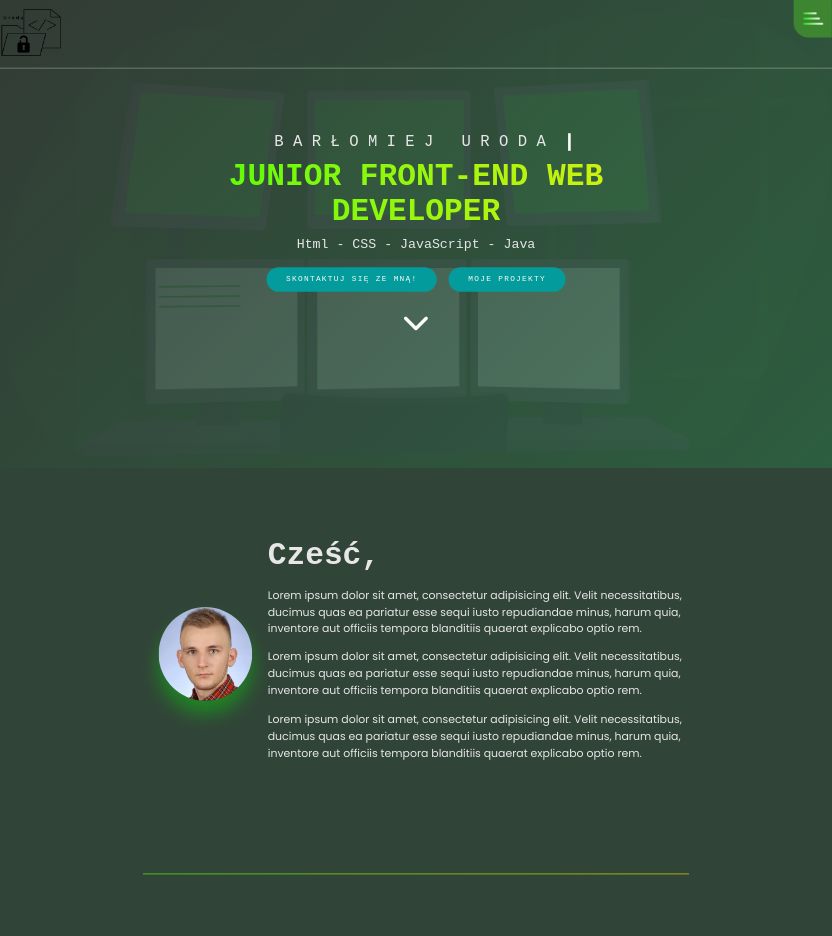
Repository: BartekUroda/portfolio
Page: index.html
The author's editor kept a copy of each file at every save. The page is drawn from the files as they stood at one save, then again after the next save.
The browser window is 1280 px wide. The pictures show the whole page, at 65% of full size.
Some web fonts or font styles are not loaded; a fallback is used. Some web libraries are served in a nearby version.

Above is the page before, as saved 2020-10-27 19:49:05.

### index.html
<!DOCTYPE html>
<html lang="en">
<head>
    <meta charset="UTF-8">
    <meta name="viewport" content="width=device-width, initial-scale=1.0">
    <title>Portfolio | Bartek Uroda</title>
    <link rel="stylesheet" type="text/css" href="css/style.css">
    <link href="https://fonts.googleapis.com/css2?family=Poppins&sfamily=Share+Tech+Mono&display=swap" rel="stylesheet">
    <script src="https://kit.fontawesome.com/056e5c10dc.js" crossorigin="anonymous"></script>
    <link rel="shortcut icon" type="image/x-icon" href="images/favicon.ico" />
</head>
<body>
    <header>
        <div class="container">
            <nav>
                <div class="nav-brand">
                    <a href="index.html">
                        <img src="images/logo.png" alt="Uroda">
                    </a>
                </div>
                <div class="burger-menu-icon">
                    <div class="line1"></div>
                    <div class="line2"></div>
                    <div class="line3"></div>
                </div>
                <ul class="nav-list">
                    <li class="nav-item">
                      <a href="#landing-page">
                        <img
                          src="images/profile.jpeg"
                          alt="Bartek Uroda"
                          class="profile-pic nav-link"
                        >
                        <span class="caption nav-link">Bartek Uroda</span>
                      </a>
                    </li>
                    <li class="nav-item">
                      <a href="#about" class="nav-link">O mnie</a>
                    </li>
                    <li class="nav-item">
                      <a href="#services" class="nav-link">Usługi</a>
                    </li>
                    <li class="nav-item">
                      <a href="#projects" class="nav-link">Projekty</a>
                    </li>
                    <li class="nav-item">
                      <a href="#contact" class="nav-link">Kontakt</a>
                    </li>
                    <li class="nav-item">
                      <a href="https://www.facebook.com/bartlomiej.uroda.3" target="_blank" class="nav-link">
                        <i class="fab fa-facebook"></i>
                      </a>
                      <a href="https://github.com/Urodii" target="_blank" class="nav-link">
                        <i class="fab fa-github"></i>
                      </a>
                      <a href="https://www.youtube.com/channel/UCzT1h5RNvmbtrmKT5hPjyAg?view_as=subscriber" target="_blank" class="nav-link">
                        <i class="fab fa-youtube"></i>
                      </a>
                    </li>
                  </ul>
            </nav>
        </div>
    </header>
    <main>
      <section id="landing-page" class="landing-page">
        <div class="container">
          <div class="main-message">
            <h2>Barłomiej Uroda</h2>
            <h3>Junior Front-End Web Developer</h3>
            <p>Html - CSS - JavaScript - Java</p>
            <div class="intro-btn">
              <div class="cta">
                <a href="#contact" class="btn">Skontaktuj się ze mną!</a>
              </div>
              <div class="cta">
                <a href="#projects" class="btn">Moje Projekty</a>
              </div>
            </div>
            <div>
              <a href="#about" class="scroll-down">
                <i class="fa fa-chevron-down" aria-hidden="true"></i>
              </a>
            </div>
          </div>
        </div>
      </section>
      <section id="about" class="about">
        <div class="container">
          <div class="about-img">
            <img
              src="images/profile.jpeg"
              alt="Bartek Uroda"
              class="about-pic"
            />
          </div>
          <div class="about-text-box">
            <h2>Cześć,</h2>
            <p>
              Lorem ipsum dolor sit amet, consectetur adipisicing elit. Velit
              necessitatibus, ducimus quas ea pariatur esse sequi iusto
              repudiandae minus, harum quia, inventore aut officiis tempora
              blanditiis quaerat explicabo optio rem.
            </p>
            <p>
              Lorem ipsum dolor sit amet, consectetur adipisicing elit. Velit
              necessitatibus, ducimus quas ea pariatur esse sequi iusto
              repudiandae minus, harum quia, inventore aut officiis tempora
              blanditiis quaerat explicabo optio rem.
            </p>
            <p>
              Lorem ipsum dolor sit amet, consectetur adipisicing elit. Velit
              necessitatibus, ducimus quas ea pariatur esse sequi iusto
              repudiandae minus, harum quia, inventore aut officiis tempora
              blanditiis quaerat explicabo optio rem.
            </p>
          </div>
        </div>
        <hr/>
      </section>
    </main>
 <script type="text/javascript" src="js/main.js"></script>
</body>
</html>

### css/style.css
/* ----------GLOBAL STYLES---------- */
*,
*::before,
*::after {
  margin: 0;
  padding: 0;
  box-sizing: inherit;
}
html {
    font-family: "Share Tech Mono", monospace;
    font-size: 12px;
    box-sizing: border-box;
    scroll-behavior: smooth;
    color: #e7e7e7;
    background: rgb(49, 68, 56);
}

a {
    text-decoration: none;
    color: rgb(3, 155, 23);
}

a:hover {
    color: rgba(249, 105, 14, 1);
}

ul {
    list-style: none;
}

p {
    font-size: 1.4rem;
}

img {
    width: 100%;
    max-width: 100%;
    height: auto;
}
/* ----------HEADER---------- */
header {
    width: 100%;
    height: 5rem;
    position: absolute;
    top: 0;
    left: 0;
    z-index: 1;
}
.contenier {
    width: 100%;
    max-width: 90rem;
    margin: 0 auto;
    padding: 0 1.5rem;
}
.nav-brand {
    width: 8rem;
}
nav {
    width: 100%;
    display: flex;
    align-items: center;
    justify-content: space-between;
    padding: 1rem 0;
    border-bottom: 2px solid rgba(255, 255, 255, .2);
}
.line1 {
    width: 20px;
    height: 3px;
    margin: 5px 0;
    background: linear-gradient(
      135deg,
      rgb(27, 218, 10) 0%,
      rgb(255, 255, 255) 100%
    );
}
.line2 {
    width: 25px;
    height: 3px;
    background: linear-gradient(
      135deg,
      rgb(27, 218, 10) 0%,
      rgb(255, 255, 255) 100%
    );
}
.line3 {
    width: 30px;
    height: 3px;
    margin: 5px 0;
    background: linear-gradient(
      135deg,
      rgb(27, 218, 10) 0%,
      rgb(255, 255, 255) 100%
    );
}
.burger-menu-icon {
    cursor: pointer;
    z-index: 999;
    position: fixed;
    right: 0;
    top: 0;
    background-color: rgba(67, 145, 47, 0.815);
    padding: 1.2rem;
    border-radius: 0% 0% 0% 40%;
}
.profile-pic {
    height: 9rem;
    width: auto;
    border-radius: 50%;
    display: block;
    margin: 1.5rem 0;
}
.caption {
    display: block;
}
.nav-list {
    width: 24rem;
    height: 100vh;
    background-color:  rgb(69, 85, 75);
    position: fixed;
    top: 0;
    right: -26rem;
    display: flex;
    flex-direction: column;
    align-items: center;
    justify-self: start;
    z-index: 998;
    transition: all 650ms ease-in-out;
}
.nav-list.active {
    right: 0;
}
.nav-item {
    margin: 1.2rem 0;
}
.nav-link {
    opacity: 0;
    font-size: 1.3rem;
    text-transform: uppercase;
    color: #cecece;
    letter-spacing: 1.5px;
}
.nav-link:hover {
    color: rgb(62, 248, 15);
}
.toggle {
    background: none;
}
.toggle .line1 {
    transform: rotate(-45deg) translate(-5px, 6px) scalex(2);
}
.toggle .line2 {
    opacity: 0;
}
.toggle .line3 {
    width: 20px;
    transform: rotate(45deg) translate(-5px, -6px) scalex(2);
    margin-left: 0px;
}
@keyframes navLinkAnimate {
    from{
        opacity: 0;
        transform: translate(50px);
    }
    to{
        opacity: 1;
        transform: translate(0px);
    }
}
/* ----------MAIN---------- */
.landing-page{
    width: 100%;
    height: 100vh;
    background: linear-gradient(
        135deg,
        rgba(50, 58, 52, 0.9) 0%,
        rgba(44, 100, 65, 0.8) 100%
    ),
    url('../images/mainpage.png') center no-repeat;
    background-size: contain;
    position: relative;
}
.main-message {
    width: 100%;
    max-width: 58rem;
    text-transform: uppercase;
    position: absolute;
    left: 50%;
    top: 50%;
    transform: translate(-50%, -50%);
    text-align: center;
}
.main-message h2 {
    letter-spacing: 1.2rem;
    font-size: 2rem;
    font-weight: 400;
    overflow: hidden;
    white-space: nowrap;
    animation: typing 5s steps(33), blink 1s ease-in-out 7s infinite;
    width: 33ch;
    margin: auto;
    border-right: 4px solid rgba(255, 255, 255, 1);
}
@keyframes typing {
    75% {
      width: 0ch;
      color: rgb(178, 249, 14);
    }
    100% {
      width: 33ch;
    }
}
@keyframes blink {
    0% {
      border-right: 4px solid rgba(255, 255, 255, 0);
    }
    100% {
      border-right: 4px solid rgb(194, 194, 194);
    }
}
.main-message h3 {
    font-size: 4rem;
    margin: 1rem 0;
    color: rgba(249, 105, 14, 1);
    background: linear-gradient(
      to right,
      rgb(87, 253, 9) 0%,
      rgb(217, 240, 17) 100%
    );
    -webkit-background-clip: text;
    -webkit-text-fill-color: transparent;
}
.main-message p {
    text-transform: none;
    font-size: 1.7rem;
    font-weight: 400;
}
.intro-btn {
    display: flex;
    justify-content: center;
}
.btn {
    margin: 0 9px;
    background: rgba(3, 155, 155);
    border-radius: 2rem;
    color: #fafafa;
    padding: 1rem 2.5rem;
    display: inline-block;
    margin-top: 2rem;
    transition: background-color 650ms;
    font-weight: 500;
    letter-spacing: 2px;
}
.btn:hover {
    color: #fafafa;
    background-color: rgb(176, 189, 0);
}
.scroll-down i {
    color: #fafafa;
    transition: color 650ms;
    margin-top: 2rem;
    font-size: 3.5rem;
}
.scroll-down i:hover {
    color: rgb(176, 189, 0);
}
/* ----------ABOUT--------- */
.about {
    width: 100%;
    min-height: 100vh;
    max-width: 70rem;
    margin: auto;
}
.about .container {
    display: flex;
    align-items: center;
    min-height: 80vh;
  }
.about-img img {
    height: 12rem;
    width: auto;
    border-radius: 50%;
    margin: 2rem;
    box-shadow: 0 20px 30px 0 rgba(4, 236, 4, 0.397);
  }
.about-text-box {
    flex-grow: 1;
    flex-shrink: 1;
    flex-basis: 0;
}
.about-text-box h2 {
    font-size: 4rem;
    margin-bottom: 20px;
}
.about-text-box p {
    font-family: "Poppins", sans-serif;
    font-size: 1.4rem;
    padding: 0;
    margin-bottom: 1.45rem;
}
hr {
    margin: 4rem 0;
    background: linear-gradient(
      to right,
      rgb(87, 253, 9) 0%,
      rgb(231, 228, 6) 100%
    );
    border: 0;
    height: 1px;
}

### js/main.js
//eselect elements
const selectElement = (s) => document.querySelector(s);
const navLinks = document.querySelectorAll(".nav-link");

selectElement(".burger-menu-icon").addEventListener("click", () => {
    selectElement(".nav-list").classList.toggle("active");
    selectElement(".burger-menu-icon").classList.toggle("toggle")

    navLinks.forEach((link, index) => {
        if (link.style.animation){
            link.style.animation = ""
        }else{
            link.style.animation = `navLinkAnimate 0.5s ease forwards ${ index/7 + 0.5}s`
            console.log(index/7 + 0.5)
        }
    })
});

After the next save:
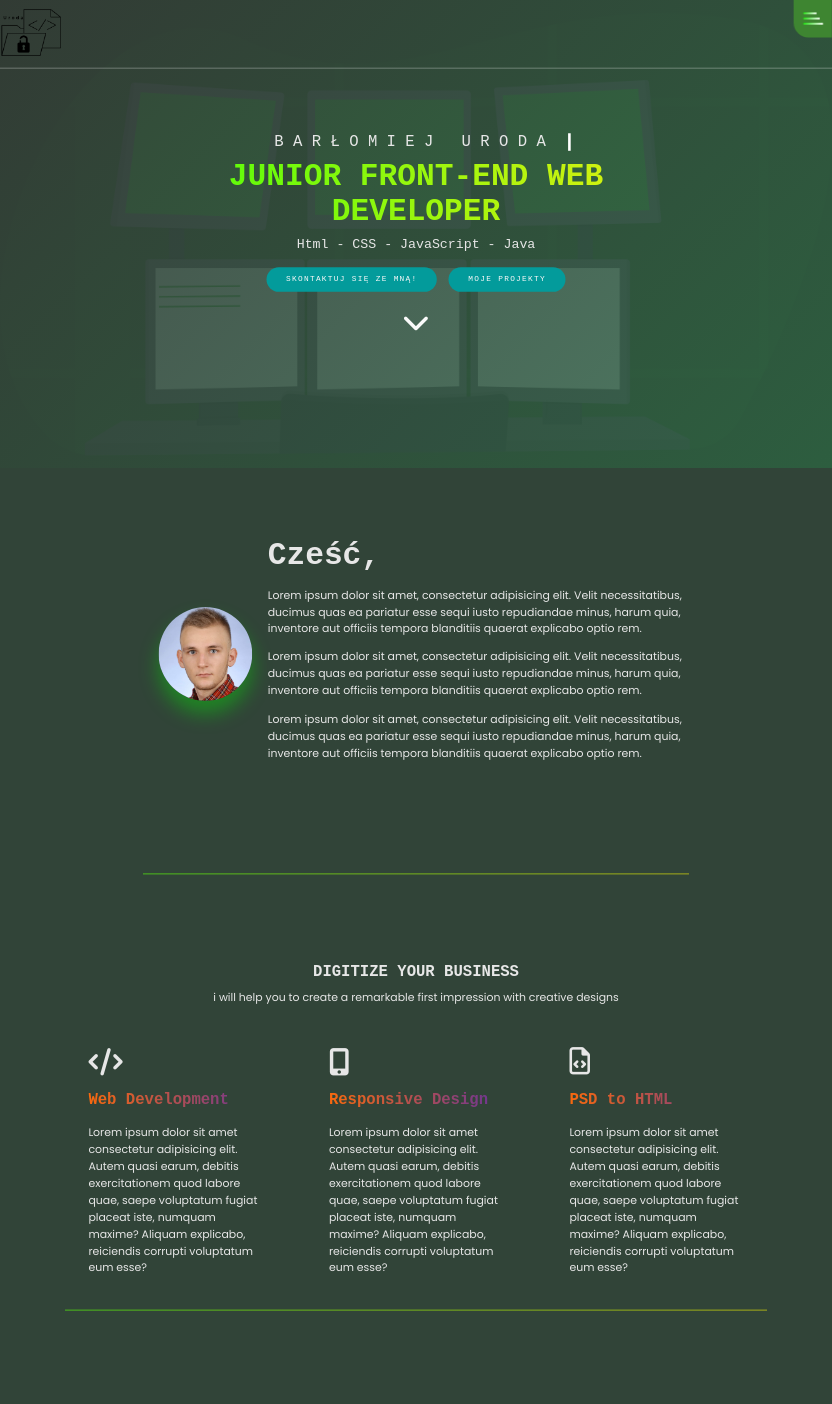
Saved 48 min 29 s later.
--- a/index.html
+++ b/index.html
@@ -117,6 +117,50 @@
         </div>
         <hr/>
       </section>
+      <section id="services" class="services">
+        <div class="container">
+          <div class="title-heading">
+            <h2>DIGITIZE YOUR BUSINESS</h2>
+            <p>
+              i will help you to create a remarkable first impression with
+              creative designs
+            </p>
+          </div>
+          <div class="service-tiers">
+            <div class="tier-item">
+              <i class="fa fa-code" aria-hidden="true"></i>
+              <h2>Web Development</h2>
+              <p>
+                Lorem ipsum dolor sit amet consectetur adipisicing elit. Autem
+                quasi earum, debitis exercitationem quod labore quae, saepe
+                voluptatum fugiat placeat iste, numquam maxime? Aliquam
+                explicabo, reiciendis corrupti voluptatum eum esse?
+              </p>
+            </div>
+            <div class="tier-item">
+              <i class="fa fa-mobile" aria-hidden="true"></i>
+              <h2>Responsive Design</h2>
+              <p>
+                Lorem ipsum dolor sit amet consectetur adipisicing elit. Autem
+                quasi earum, debitis exercitationem quod labore quae, saepe
+                voluptatum fugiat placeat iste, numquam maxime? Aliquam
+                explicabo, reiciendis corrupti voluptatum eum esse?
+              </p>
+            </div>
+            <div class="tier-item">
+              <i class="fa fa-file-code-o" aria-hidden="true"></i>
+              <h2>PSD to HTML</h2>
+              <p>
+                Lorem ipsum dolor sit amet consectetur adipisicing elit. Autem
+                quasi earum, debitis exercitationem quod labore quae, saepe
+                voluptatum fugiat placeat iste, numquam maxime? Aliquam
+                explicabo, reiciendis corrupti voluptatum eum esse?
+              </p>
+            </div>
+          </div>
+        </div>
+        <hr />
+      </section>
     </main>
  <script type="text/javascript" src="js/main.js"></script>
 </body>
--- a/css/style.css
+++ b/css/style.css
@@ -307,3 +307,55 @@ hr {
     border: 0;
     height: 1px;
 }
+/* ----------SERVICE--------- */
+.services {
+    padding: 3rem 0;
+    min-height: 100vh;
+    max-width: 90rem;
+    margin: auto;
+}
+.title-heading {
+    text-align: center;
+    margin-bottom: 5rem;
+}
+.title-heading h2 {
+    font-size: 2rem;
+    margin: 0.5rem 0 1rem 0;
+}
+
+.title-heading p {
+    font-family: "Poppins", sans-serif;
+    margin-bottom: 5rem;
+}
+.service-tiers {
+    display: grid;
+    grid-template-columns: repeat(auto-fit, minmax(25rem, 1fr));
+    gap: 2.5rem;
+}
+.tier-item {
+    height: 30rem;
+    padding: 3rem;
+    position: relative;
+    display: flex;
+    flex-direction: column;
+    justify-content: center;
+    cursor: default;
+}
+.tier-item i {
+    font-size: 3.5rem;
+}
+.tier-item h2 {
+    font-size: 2rem;
+    margin: 2rem 0;
+    background: linear-gradient(
+      to right,
+      rgba(249, 105, 14, 1) 0%,
+      rgba(102, 51, 153, 1) 100%
+    );
+    -webkit-background-clip: text;
+    -webkit-text-fill-color: transparent;
+}
+.tier-item p {
+    font-family: "Poppins", sans-serif;
+    font-size: 1.4rem;
+}
